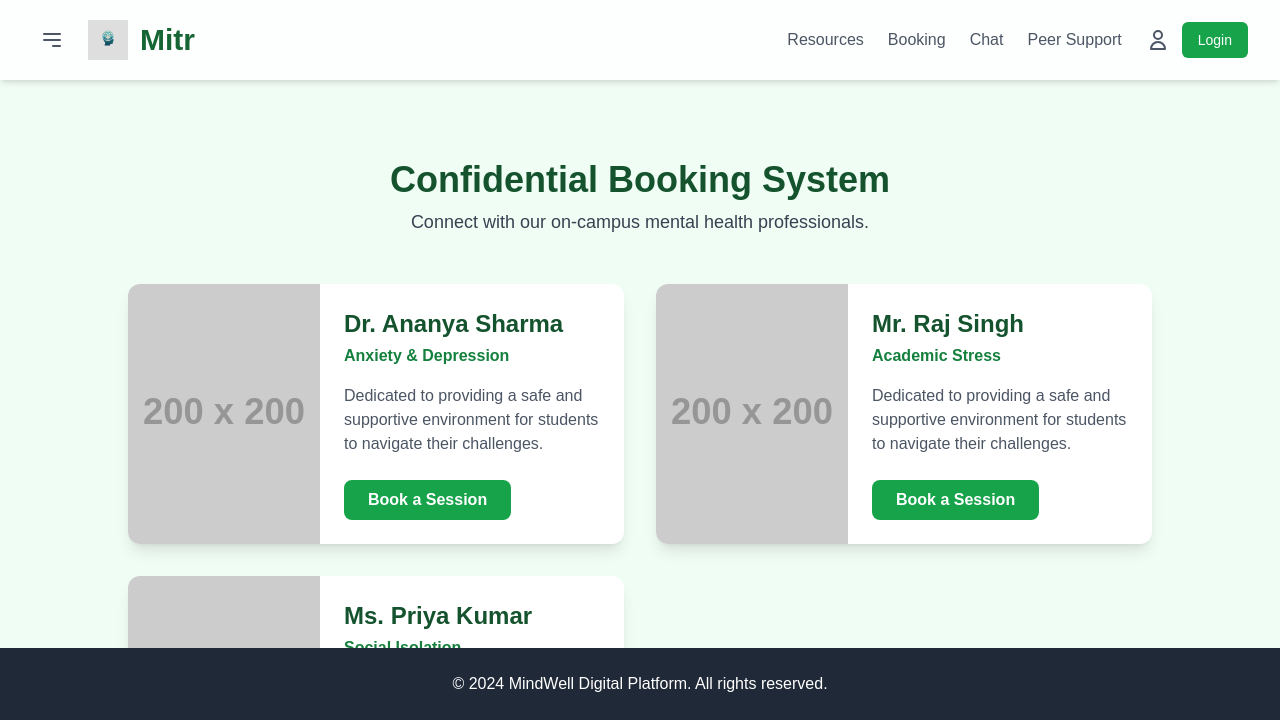
Repository: alokse24b01025/mentalhealth-project-sih-
Page: /booking (app in p1/)
These files come from the project's save history. The page is drawn as it stood at one moment and after the next save; the edit follows.
The browser window is 1280 px wide. The pictures show the whole page.
An inner scrolling area shows only its first screen. The project was rebuilt for these pictures with package versions that can differ from the ones it lists, and the page was loaded fresh each time. Also part of the build but not shown: p1/vite.config.js, p1/src/pages/HomePage.jsx, p1/src/components/Chatbot.jsx, p1/src/pages/ChatPage.jsx, p1/src/data/mockResources.js, p1/src/pages/ResourcesPage.jsx, p1/src/components/PeerSupport.jsx, p1/src/pages/PeerSupportPage.jsx and 2 more.

Above is the page before, as saved 2025-09-10 14:53:56.

After the next save:
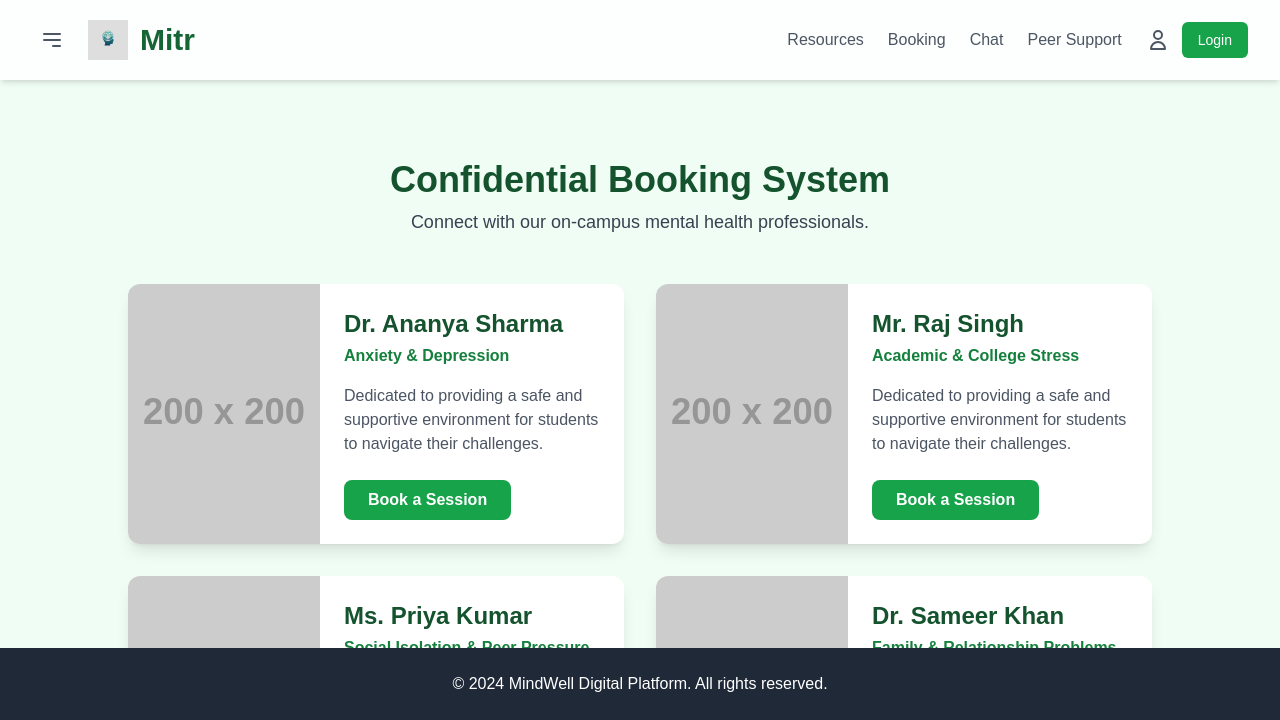
Saved 15 min 29 s later.
--- a/p1/src/data/mockCounselors.js
+++ b/p1/src/data/mockCounselors.js
@@ -9,15 +9,36 @@ export const mockCounselors = [
   {
     id: 2,
     name: "Mr. Raj Singh",
-    specialty: "Academic Stress",
+    specialty: "Academic & College Stress",
     image: "https://images.unsplash.com/photo-1542157640-5a396c21e3f8?w=500&auto=format&fit=crop&q=60",
-    availability: ["Tue", "Thu"]
+    availability: ["Tue", "Thu", "Sat"]
   },
   {
     id: 3,
     name: "Ms. Priya Kumar",
-    specialty: "Social Isolation",
+    specialty: "Social Isolation & Peer Pressure",
     image: "https://images.unsplash.com/photo-1554702166-3d2b2c451372?w=500&auto=format&fit=crop&q=60",
     availability: ["Mon", "Wed", "Sat"]
+  },
+  {
+    id: 4,
+    name: "Dr. Sameer Khan",
+    specialty: "Family & Relationship Problems",
+    image: "https://images.unsplash.com/photo-1590086782792-42dd2350150d?w=500&auto=format&fit=crop&q=60",
+    availability: ["Tue", "Fri"]
+  },
+  {
+    id: 5,
+    name: "Mrs. Aisha Begum",
+    specialty: "Peer Pressure & Self-Esteem",
+    image: "https://images.unsplash.com/photo-1580489944761-15a19d654956?w=500&auto=format&fit=crop&q=60",
+    availability: ["Wed", "Thu"]
+  },
+  {
+    id: 6,
+    name: "Mr. Vikram Dutta",
+    specialty: "College Stress & Burnout",
+    image: "https://images.unsplash.com/photo-1616773935249-1a520925c813?w=500&auto=format&fit=crop&q=60",
+    availability: ["Mon", "Thu", "Fri"]
   }
 ];
